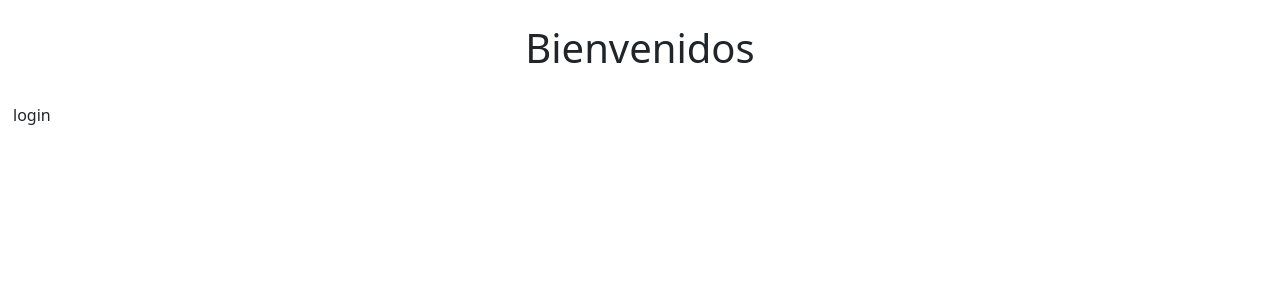
Repository: BolivarCaro/ecenviosweb
Page: sprindbootecenvios/src/main/resources/static/index.html
The author's editor kept a copy of each file at every save. The page is drawn from the files as they stood at one save, then again after the next save.
The browser window is 1280 px wide. The pictures show the whole page.

Above is the page before, as saved 2024-07-09 14:43:06.

After the next save:
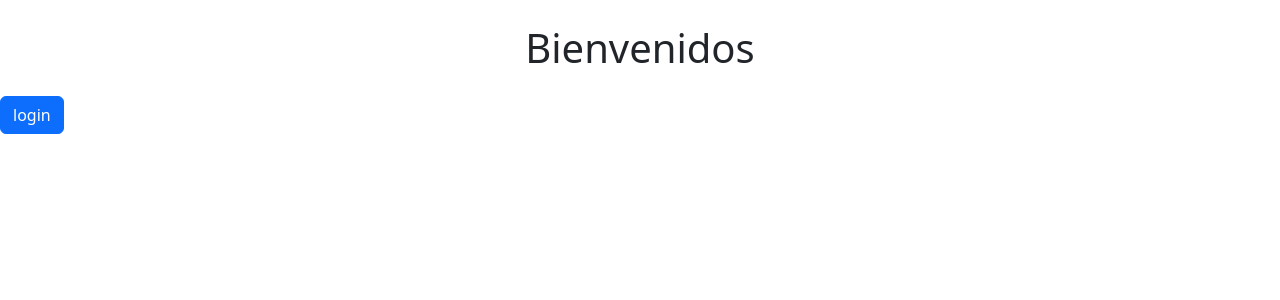
Saved 5 min 59 s later.
--- a/sprindbootecenvios/src/main/resources/static/index.html
+++ b/sprindbootecenvios/src/main/resources/static/index.html
@@ -8,7 +8,7 @@
   </head>
   <body>
 	<h1 class="text-center my-4">Bienvenidos</h1>
-	<button type="button" class="btn">login</button>
+	<button type="button" class="btn btn-primary" onclick="window.location.href='/record'">login</button>
 
     <script src="https://cdn.jsdelivr.net/npm/bootstrap@5.3.3/dist/js/bootstrap.bundle.min.js" integrity="sha384-YvpcrYf0tY3lHB60NNkmXc5s9fDVZLESaAA55NDzOxhy9GkcIdslK1eN7N6jIeHz" crossorigin="anonymous"></script>
   </body>
